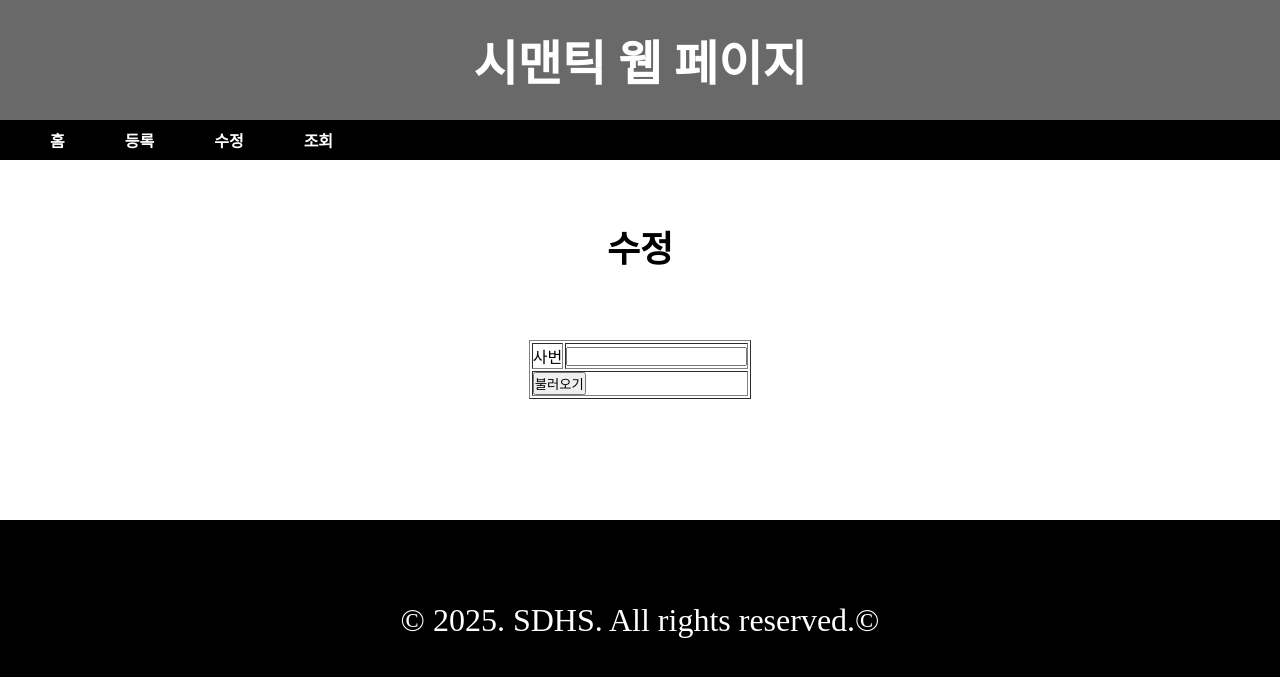
Repository: balhyo-younjisang/DigitechJSP
Page: http://localhost/InputPractice/get.jsp
These files come from the project's save history. The page is drawn as it stood at one moment and after the next save; the edit follows.
The browser window is 1280 px wide. The pictures show the whole page.
The page is served by Tomcat 9. Other server files are loaded and not shown.

Above is the page before, as saved 2025-03-28 05:23:58.

### InputPractice/src/main/webapp/get.jsp
<%@ page language="java" contentType="text/html; charset=UTF-8"
	pageEncoding="UTF-8"%>
<%
String message = (String) request.getAttribute("message");
%>
<!DOCTYPE html>
<html>
<head>
<meta charset="UTF-8">
<title>Insert title here</title>
<link rel="stylesheet" href="./css/style.css">
</head>
<body>
	<%@ include file="./component/header.jsp"%>
	<main>
		<h2>수정</h2>
		<form action="get_action.jsp" method="get">
			<table border="1">
				<tr>
					<td>사번</td>
					<td><input type="text" maxlength="5" name="no"></td>
				</tr>
				<tr>
					<td colspan="2">
						<button type="submit">불러오기</button>
					</td>
				</tr>
			</table>
		</form>
		<p id="alert"></p>
	</main>
	<%@ include file="./component/footer.jsp"%>
</body>

	<%
	if (message != null) {
	%>
	<script>
		document.querySelector("#alert").textContent = '<%=message%>';
	</script>
	<%
	}
	%>
</html>

### InputPractice/src/main/webapp/component/header.jsp
<%@ page language="java" contentType="text/html; charset=UTF-8"
	pageEncoding="UTF-8"%>
<header>
	<div>
		<a href="index.jsp">시맨틱 웹 페이지</a>
	</div>
	<nav>
		<ul class="gnb">
			<li><a href="#">홈</a></li>
			<li><a href="index.jsp">등록</a></li>
			<li><a href="get.jsp">수정</a></li>
			<li><a href="list.jsp">조회</a></li>
		</ul>
	</nav>
</header>

### InputPractice/src/main/webapp/component/footer.jsp
<%@ page language="java" contentType="text/html; charset=UTF-8"
	pageEncoding="UTF-8"%>
<footer> © 2025. SDHS. All rights reserved.© </footer>

### InputPractice/src/main/webapp/css/style.css
@charset "UTF-8";

* {
	margin: 0;
	padding: 0;
	box-sizing: border-box;
}

a {
	text-decoration: none;
	color: inherit;
}

ul, li {
	list-style: none;
}

header {
	width: 100vw;
	height: 160px;
}

header > div {
	background-color: dimgray;
	width: 100%;
	height: 120px;
	color: white;
	display: flex;
	justify-content: center;
	align-items: center;
	font-size: 48px;
	font-weight: bold;
}

header nav {
	width: 100%;
	height: 40px;
	background-color: black;
	padding-left: 50px;
}

header .gnb {
	display: flex;
	gap: 60px;
	align-items: center;
	height: 100%;
	color: white;
	font-weight: bold;
}

main {
	display: flex;
	flex-direction: column;
	align-items: center;
	justify-content: space-around;
	height: calc(100% - 40px - 200px);
}

main h2 {
	font-size: 36px;
	line-height: 180px;
}

footer {
	height: 200px;
	background-color: black;
	color: white;
	display: flex;
	align-items: center;
	justify-content: center;
	position: fixed;
	bottom: 0;
	width: 100vw;
	font-size: 32px;
}

After the next save:
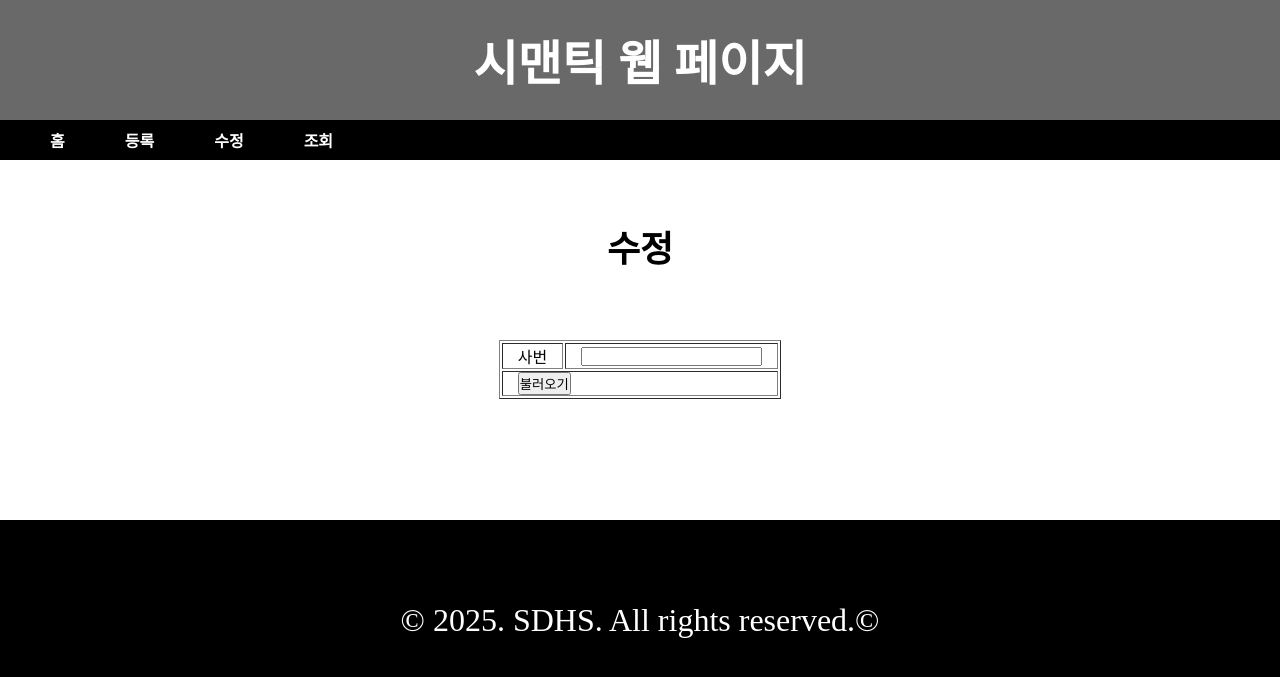
Saved 24 s later.
--- a/InputPractice/src/main/webapp/css/style.css
+++ b/InputPractice/src/main/webapp/css/style.css
@@ -73,3 +73,7 @@
 	width: 100vw;
 	font-size: 32px;
 }
+
+table td {
+	padding: 0 15px;
+}
